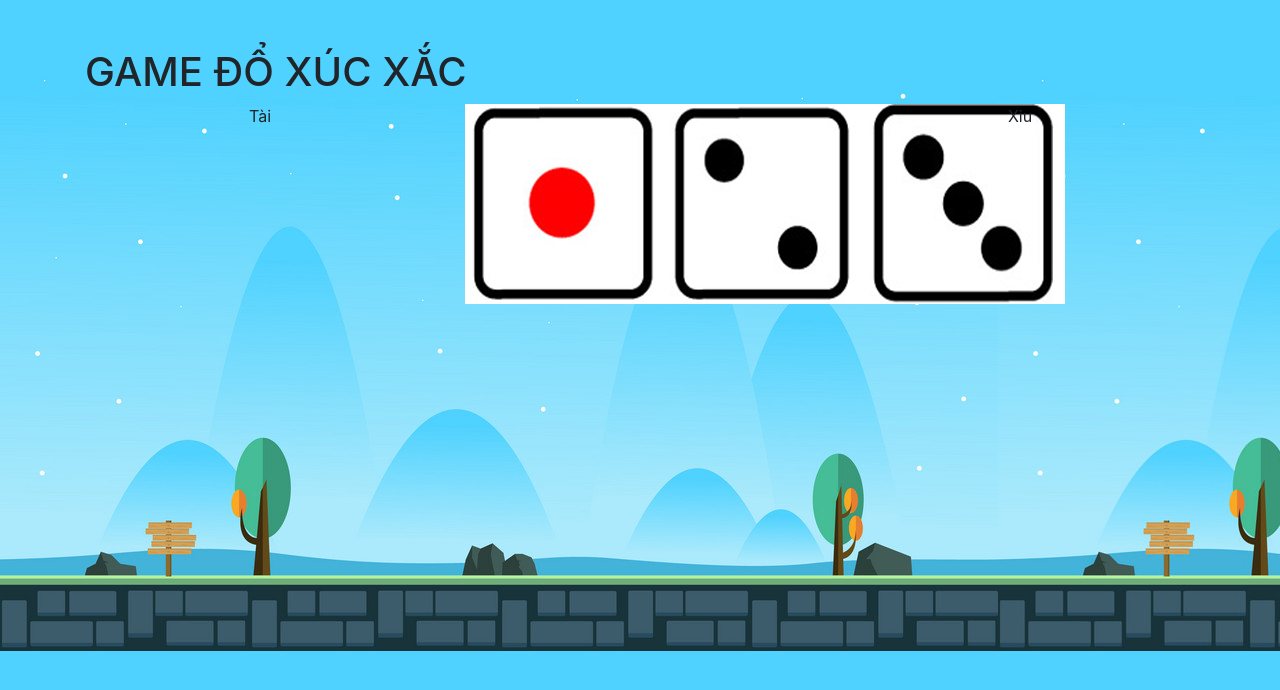
Repository: dovanthao2404/game-xuc-sac
Page: /
These files come from the project's save history. The page is drawn as it stood at one moment and after a run of saves; the edit follows.
The browser window is 1280 px wide. The pictures show the whole page.
The project was rebuilt for these pictures with package versions that can differ from the ones it lists, and the page was loaded fresh each time.

Above is the page before, as saved 2021-09-11 13:06:57.

After the next 2 saves:
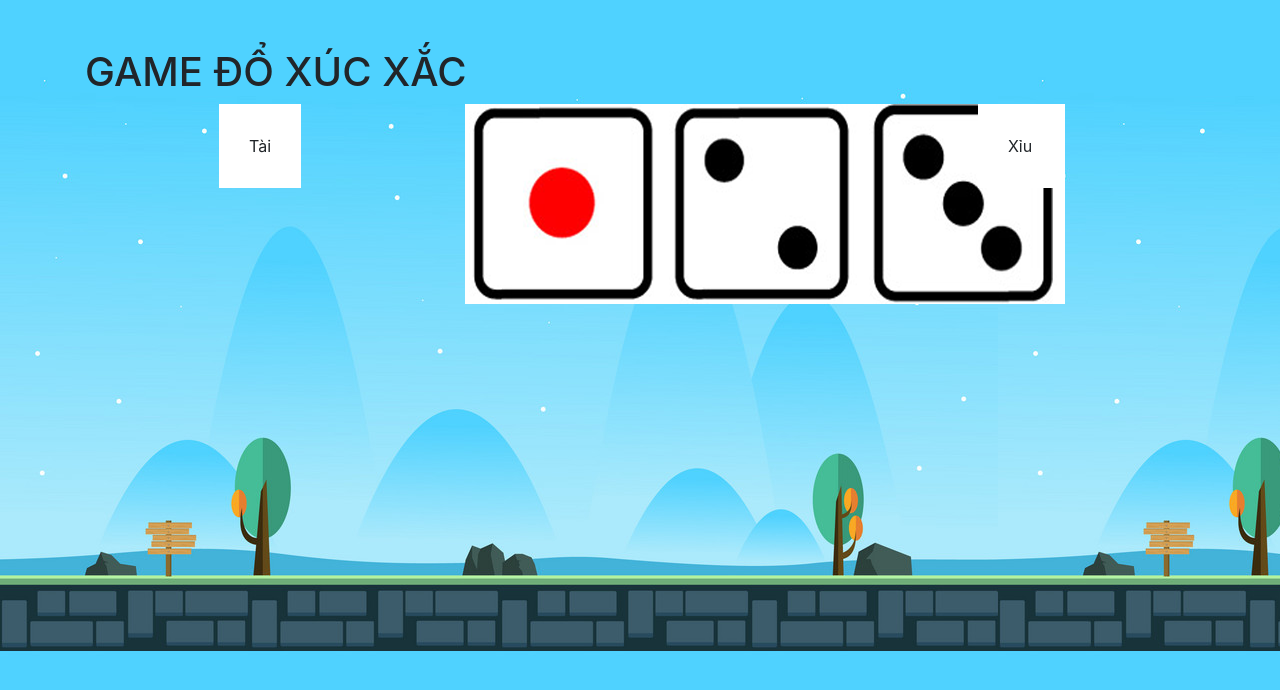
The 2 saves are shown as one change because they came seconds apart.
The last was saved 11 s later.
--- a/public/css/style.css
+++ b/public/css/style.css
@@ -11,6 +11,6 @@
 
 .type span{
   display: block;
-  padding: 30px
-  background:
+  padding: 30px;
+  background: #fff;
 }
